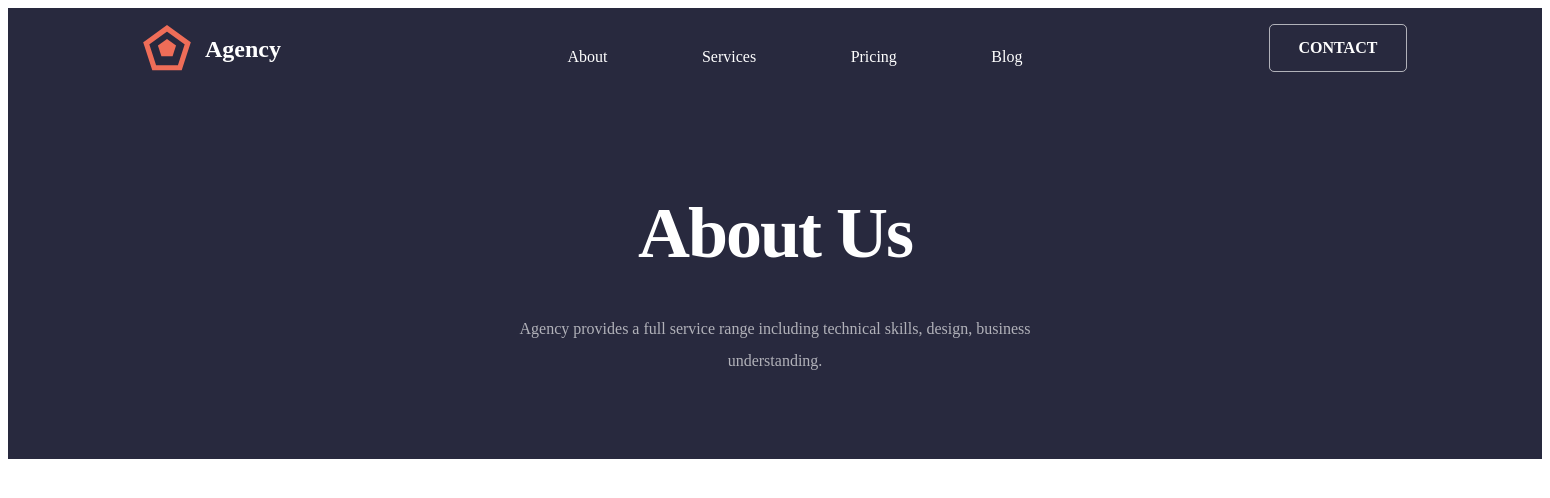
Repository: NatiqSamiyev/image-task
Page: homePage/index.html
An editor plug-in stored every save of this project. The page is shown before and after a run of saves, followed by the edit.
The browser window is 1280 px wide. The page is 1542 px wide, then 1550 px, so the pictures cover 1550 px, including what lies to the right of the window. The pictures show the whole page.

Above is the page before, as saved 2023-08-26 15:05:54.

After the next 4 saves:
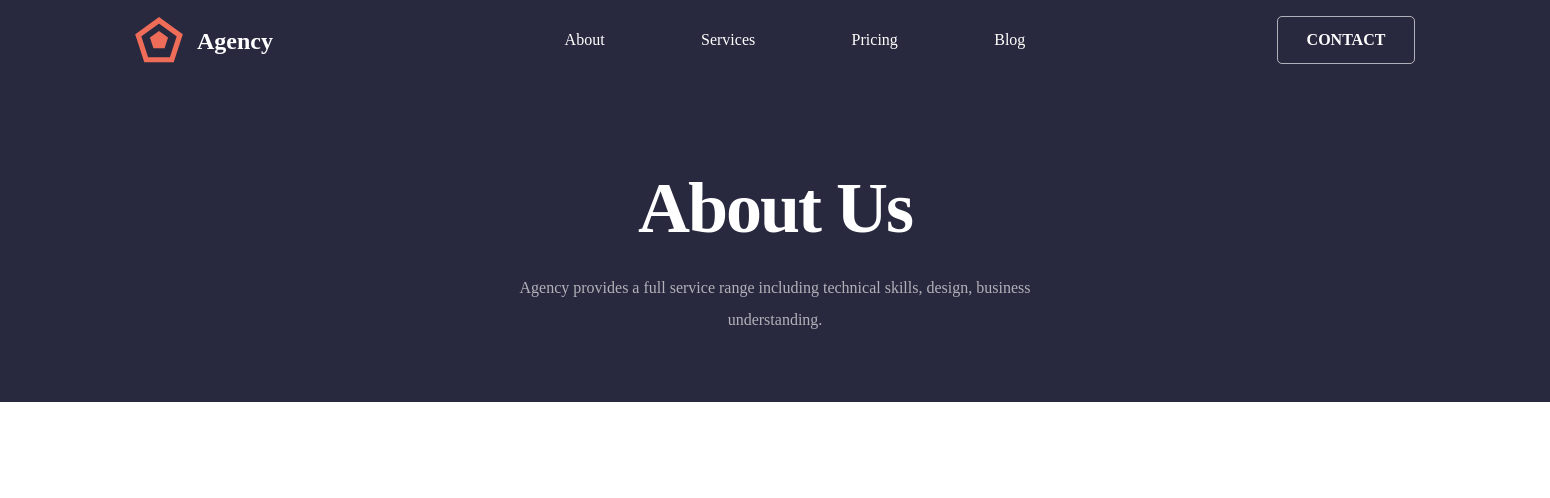
The 4 saves are shown as one change because they came seconds apart.
The last was saved 17 s later.
--- a/homePage/index.css
+++ b/homePage/index.css
@@ -1,4 +1,7 @@
-
+*{
+    margin: 0;
+    ba
+}
 /* page -3 */
 
 #page-3 {
